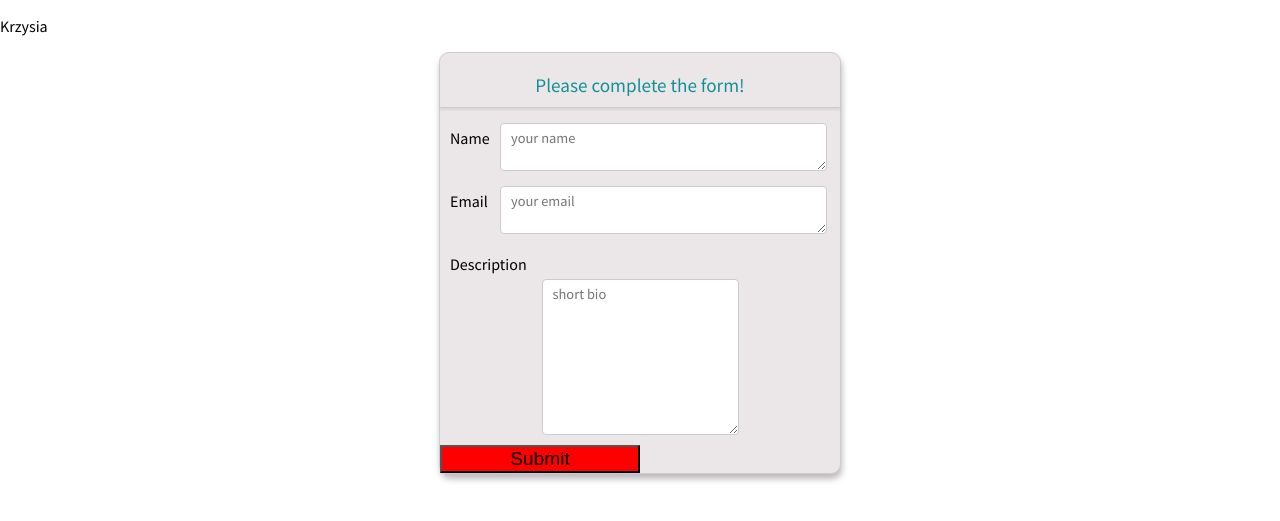
Repository: KrzysKolo/sr_tydzien4_zad2
Page: /
An editor plug-in stored every save of this project. The page is shown before and after the next save, followed by the edit.
The browser window is 1280 px wide. The pictures show the whole page.
The project was rebuilt for these pictures with package versions that can differ from the ones it lists, and the page was loaded fresh each time. Also part of the build but not shown: src/components/formComponents/ErrorMessage.js, src/components/formComponents/Message.js.

Above is the page before, as saved 2020-11-27 17:29:28.

### src/index.css
@import url("https://fonts.googleapis.com/css?family=Source+Sans+Pro");
body {
  margin: 0;
  font-family: "Source Sans Pro", sans-serif;
}

code {
  font-family: source-code-pro, Menlo, Monaco, Consolas, "Courier New",
    monospace;
}

### src/App.js
import React from 'react'
import Form from './components/Form';

function App() {
  return (
    <div>
      <p>Krzysia</p>
      <Form />
    </div>
  )
}

export default App

### src/components/Form.js
import React, { Component } from 'react';
import Input from './formComponents/Input';
import TextArea from './formComponents/TextArea';
import Button from './formComponents/Button';
import Header from './formComponents/Header';
import Message from './formComponents/Message';
import styled from 'styled-components';

const ContainerForm = styled.form`
width: 80%;
max-width: 400px;
background: rgb(235, 231, 232);
border: 1px solid rgb(206, 204, 204);
border-radius: 10px;
box-shadow: 1px 5px 6px rgb(189, 185, 189);
margin: 0 auto;
`;

class Form extends Component {

state = {
    Name: '',
    Email: '',
    Description: '',
    message: '',
    errors: {
        Name: false,
        Email: false,
        Description: false,
        }
}
message = {
    Name_incorrect: "Nazwa musi być dłuższa niż 5 znaków i nie może zawierać spacji",
    Email_incorrect: "Brak @ lub adres zawiera spacje",
    Description_incorrect: "Opis musi zawierać co najmniej 3 znaki",
}

handleChange = e =>{
    const inputName = e.target.name;
    const type = e.target.type
    if(type === "text" || type === "email") {
        const value = e.target.value;
        this.setState({
            [inputName] : value,
        })
    }
}
onSubmit = e => {
    e.preventDefault();
    const validation = this.formValidation();
    if(validation.correct) {
      this.setState({
        Name: "",
        Email: "",
        Description: '',
        message: "The form has been submitted!",
        errors: {
          Name: false,
          Email: false,
          Description: false,
        }
      })
      console.log(this.state.message);
    } else {
      this.setState({
        errors: {
          Name: !validation.Name,
          Email: !validation.Email,
          Description: !validation.Description,
        }
      })
    }
}

formValidation = () => {
    let Name = false;
    let Email = false;
    let Description = false;
    let correct = false;
    if(this.state.Name.length > 5) {
      Name = true;
    }
    if(this.state.Email.indexOf('@') !== -1 && this.state.Email.lastIndexOf(' ') === -1) {
      Email = true;
    }
    if(this.state.Description.length >= 3) {
      Description = true;
    }
    if (Name && Email && Description){
        correct = true;
      }
   return ({
      Name,
      Email,
      Description,
      correct,

    })

  }

    render () {

    return (
        <ContainerForm onSubmit={this.onSubmit} noValidate>
          <Header />
          <Input type="text" placeholder="your name" value={this.state.Name} name="Name" onChange={this.handleChange} errorInfo={this.state.errors.Name} message={this.message.Name_incorrect} />
          <Input type="email" placeholder="your email" value={this.state.Email} name="Email" onChange={this.handleChange} errorInfo={this.state.errors.Email} message={this.message.Email_incorrect} />
          <TextArea  rows="8" placeholder="short bio" value={this.state.Description} name="Description" onChange={this.handleChange} errorInfo={this.state.errors.Description} message={this.message.Description_incorrect} />
          <Button type="submit" />
          {this.state.message && <Message message={this.state.message} /> }
        </ContainerForm>
    )
    }
}

export default Form

### src/components/formComponents/Input.js
import React from 'react'
import styled from 'styled-components';
import ErrorMessage from './ErrorMessage';

const TextAreaDiv = styled.div`
    display: flex;
    flex-direction: row;
    align-content: center;
    margin: 0 auto;
    padding-top: 5px;

`;
const TextAreaLabel = styled.label`
    width: 10%;
    font-size: 1rem;
    padding: 5px 10px;
`;
const inputStyles = errorInfo => `
    width: 80%;
    max-width: 305px;
    padding: 5px 10px;
    border: 1px solid ${errorInfo ? '#d3170d' : '#ccc'};
    border-radius: 4px;
    font-family: inherit;
    font-size: 0.9rem;
    ${!errorInfo && 'margin-bottom: 10px;'}
`;
const TextAreaError = styled.textarea`
    ${props => inputStyles(props.errorInfo)}
`;

const Input = (props) => {
    const { name, message, errorInfo }= props;
    return (
        <>
            <TextAreaDiv>
                <TextAreaLabel>{name} </TextAreaLabel>
                <TextAreaError {...props} errorInfo={errorInfo} message={message}/>
            </TextAreaDiv>
            {errorInfo && <ErrorMessage message={message} /> }
        </>
    )

}

export default Input;

### src/components/formComponents/TextArea.js
import React from 'react'
import styled from 'styled-components';
import ErrorMessage from './ErrorMessage';

const TextAreaDiv = styled.div`
    display: flex;
    flex-direction: column;
    align-content: center;
    margin: 0 auto;
    padding-top: 5px;

`;
const TextAreaLabel = styled.label`
    width: 10%;
    font-size: 1rem;
    padding: 5px 10px;
`;
const textAreaStyles = errorInfo => `
    max-width: 400px;
    margin: 0 auto;
    padding: 5px 10px;
    border: 1px solid ${errorInfo ? '#d3170d' : '#ccc'};
    border-radius: 4px;
    font-family: inherit;
    font-size: 0.9rem;
    ${!errorInfo && 'margin-bottom: 10px;'}
`;
const TextAreaError = styled.textarea`
    ${props => textAreaStyles(props.errorInfo)}
`;

const Input = (props) => {
    const { name, message, errorInfo }= props;
    return (
        <>
            <TextAreaDiv>
                <TextAreaLabel>{name} </TextAreaLabel>
                <TextAreaError {...props} errorInfo={errorInfo} message={message}/>
            </TextAreaDiv>
            {errorInfo && <ErrorMessage message={message} /> }
        </>
    )

}

export default Input;

### src/components/formComponents/Button.js
import React from 'react'
import styled from 'styled-components';

const BtnSubmit = styled.button`
 width: 200px;
 background: red;
 font-size: 1.2rem;
`;

const Button = () => {
    return (
        <BtnSubmit>Submit</BtnSubmit>
    )
}

export default Button;

### src/components/formComponents/Header.js
import React from 'react';
import styled from 'styled-components';

const HeaderTitle = styled.header`
    border-bottom: 1px solid rgb(206, 204, 204);
    box-shadow: 0 2px 2px rgba(189, 185, 189, 0.4);
    color: rgb(19, 144, 150);
    font-size: 1.2rem;
    font-wight: 900;
    padding: 10px;
    margin: 10px auto;
    text-align: center;

`;

const Header = () => {
    return (
        <HeaderTitle>
            Please complete the form!
        </HeaderTitle>
    )
}

export default Header;

Loaded but not shown: public/index.html (common file); src/index.js (common file)

After the next save:
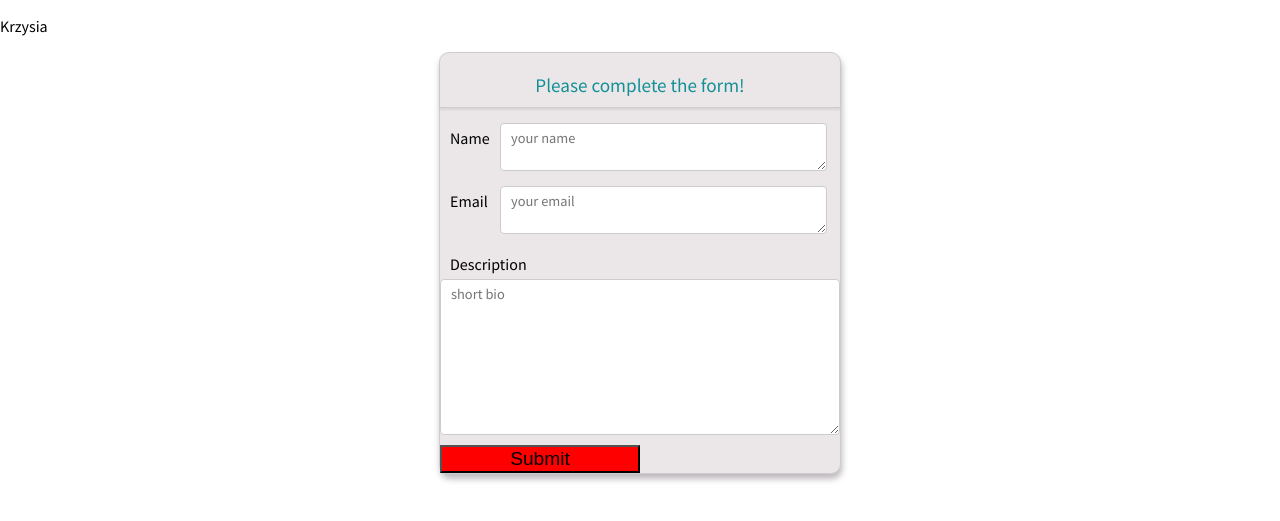
Saved 12 s later.
--- a/src/components/formComponents/TextArea.js
+++ b/src/components/formComponents/TextArea.js
@@ -16,7 +16,7 @@
     padding: 5px 10px;
 `;
 const textAreaStyles = errorInfo => `
-    max-width: 400px;
+    max-width: 100%
     margin: 0 auto;
     padding: 5px 10px;
     border: 1px solid ${errorInfo ? '#d3170d' : '#ccc'};

After the 4 saves that followed:
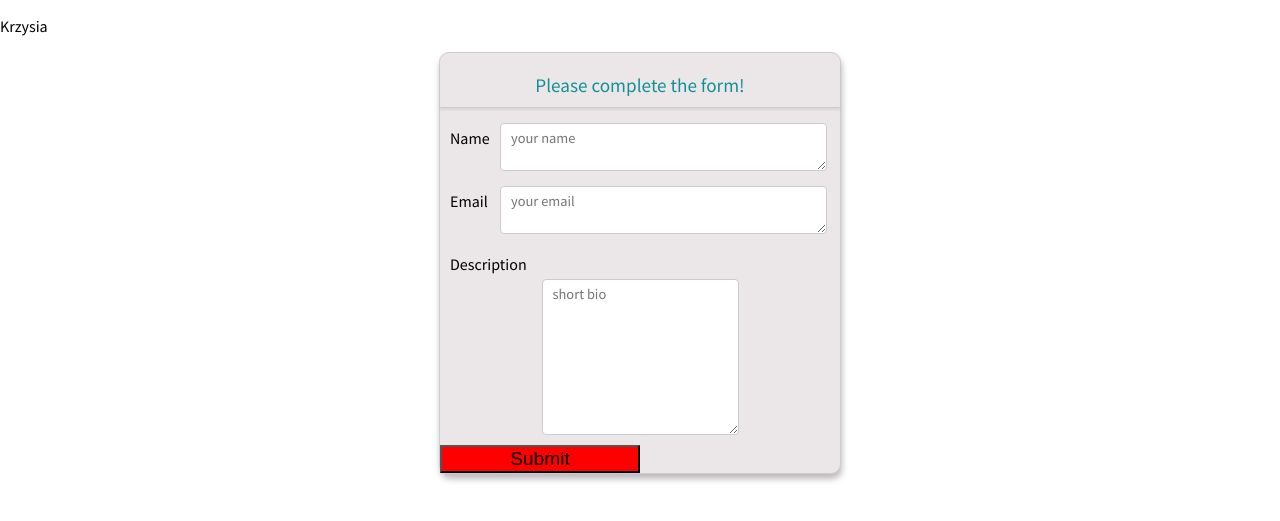
The 4 saves are shown as one change because 3 left the picture as it was.
The last was saved 81 s later.
--- a/src/components/formComponents/TextArea.js
+++ b/src/components/formComponents/TextArea.js
@@ -16,7 +16,8 @@
     padding: 5px 10px;
 `;
 const textAreaStyles = errorInfo => `
-    max-width: 100%
+    width: 70%
+    max-width: 400px;
     margin: 0 auto;
     padding: 5px 10px;
     border: 1px solid ${errorInfo ? '#d3170d' : '#ccc'};
